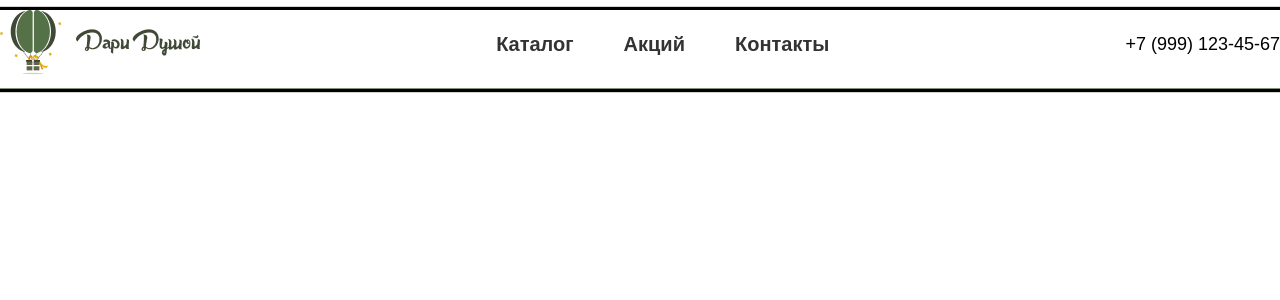
Repository: IlhamTemirgaliev/Pojeckt4
Page: /
An editor plug-in stored every save of this project. The page is shown before and after the next save, followed by the edit.
The browser window is 1280 px wide. The pictures show the whole page.
The project was rebuilt for these pictures with package versions that can differ from the ones it lists, and the page was loaded fresh each time. Also part of the build but not shown: vite.config.js.

Above is the page before, as saved 2023-03-12 20:58:28.

After the next save:
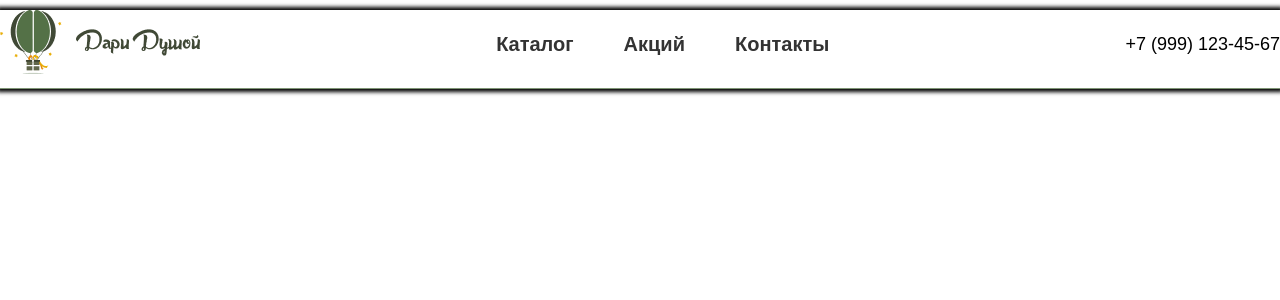
Saved 6 s later.
--- a/src/App.css
+++ b/src/App.css
@@ -15,7 +15,7 @@
   justify-content: space-between;
   padding-bottom: 10px;
   border-bottom: 1px solid #7f9575;
-  box-shadow: 0px 0px 1px 3px black;
+  box-shadow: 0px 0px 4px 3px black;
 }
 .nav {
   display: flex;
